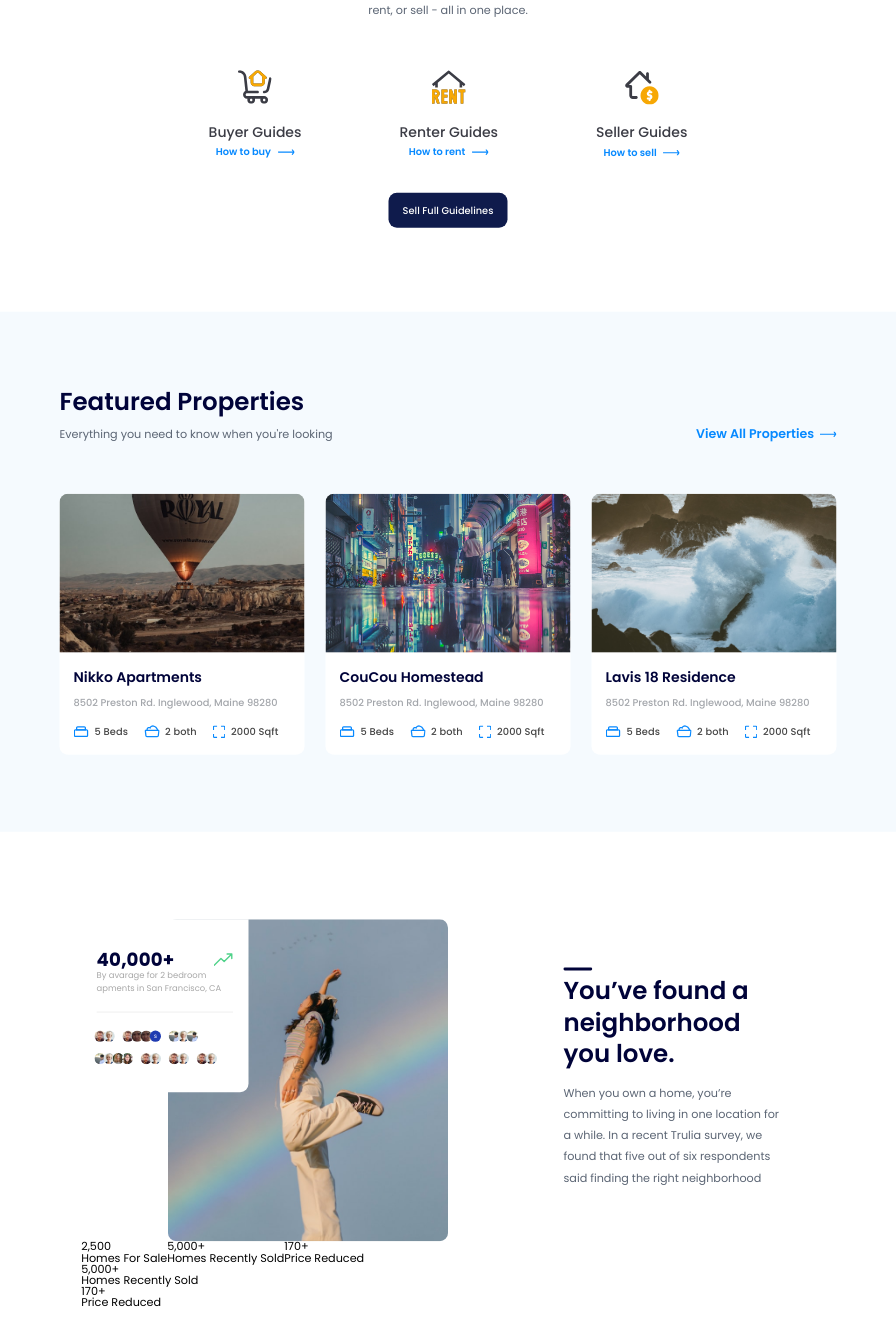
Repository: Tctiensk/f8-htmlcss-01
Page: index.html
An editor plug-in stored every save of this project. The page is shown before and after the next save, followed by the edit.
The browser window is 1280 px wide. The pictures show the part of the page from y = 1325 to 3245 px (the page is 3245 px tall before and 3149 px after), at 70% of full size.

Above is the page before, as saved 2022-12-11 15:48:43.

After the next save:
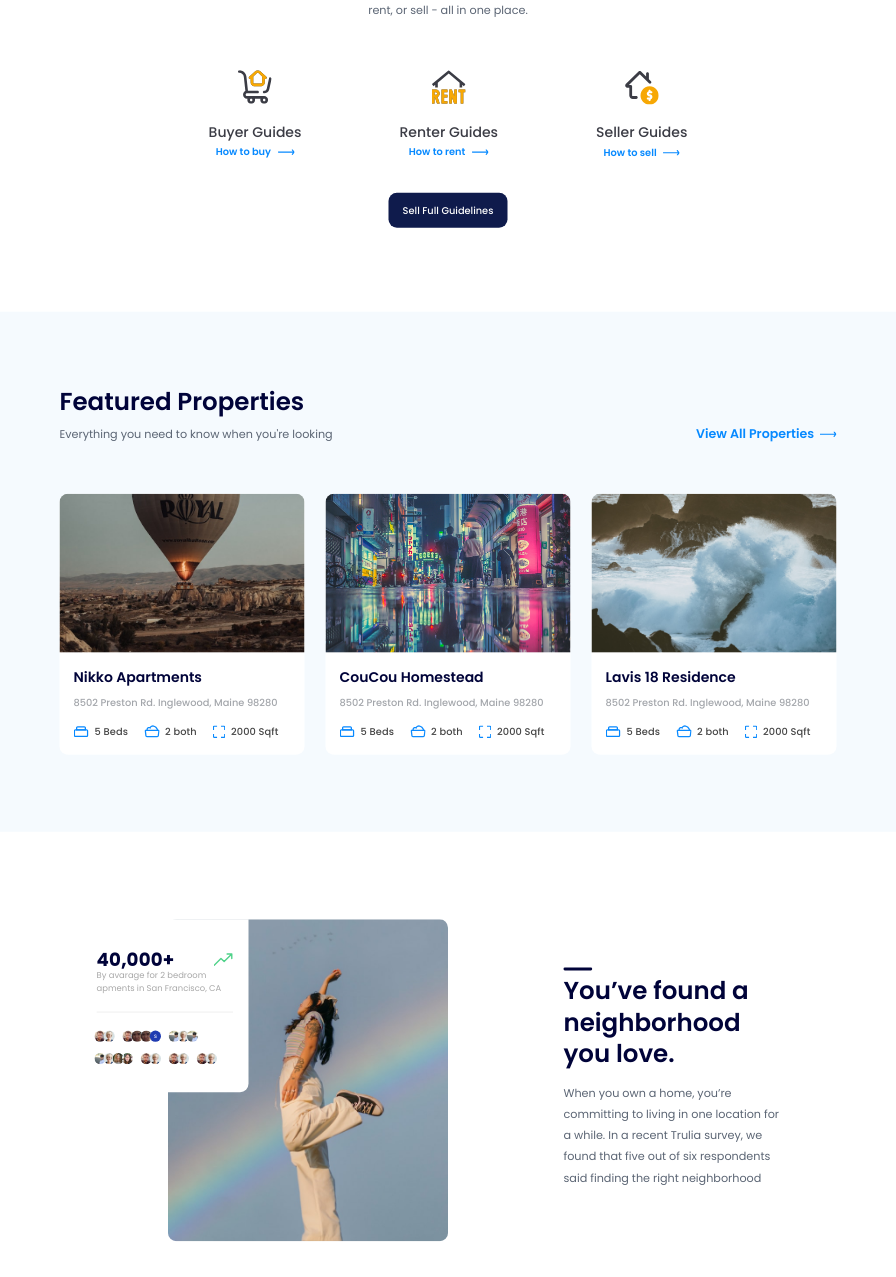
Saved 32 s later.
--- a/index.html
+++ b/index.html
@@ -443,27 +443,17 @@
                     </div>
                     <div class="row">
                         <div class="qty-item">
-                            <strong class="qty">2,500</strong>
-                            <p class="qty-desc">Homes For Sale</p>
+                            <strong class="qty"></strong>
+                            <p class="qty-desc"></p>
                         </div>
                         <div class="qty-item">
-                            <strong class="qty">5,000+</strong>
-                            <p class="qty-desc">Homes Recently Sold</p>
-                        </div>
-
+                            <strong class="qty"></strong>
+                            <p class="qty-desc"></p>
+                        </div>
                         <div class="qty-item">
-                            <strong class="qty">170+</strong>
-                            <p class="qty-desc">Price Reduced</p>
-                        </div>
-                    </div>
-                    <div class="qty-item">
-                        <strong class="qty">5,000+</strong>
-                        <p class="qty-desc">Homes Recently Sold</p>
-                    </div>
-
-                    <div class="qty-item">
-                        <strong class="qty">170+</strong>
-                        <p class="qty-desc">Price Reduced</p>
+                            <strong class="qty"></strong>
+                            <p class="qty-desc"></p>
+                        </div>
                     </div>
                 </div>
             </div>
